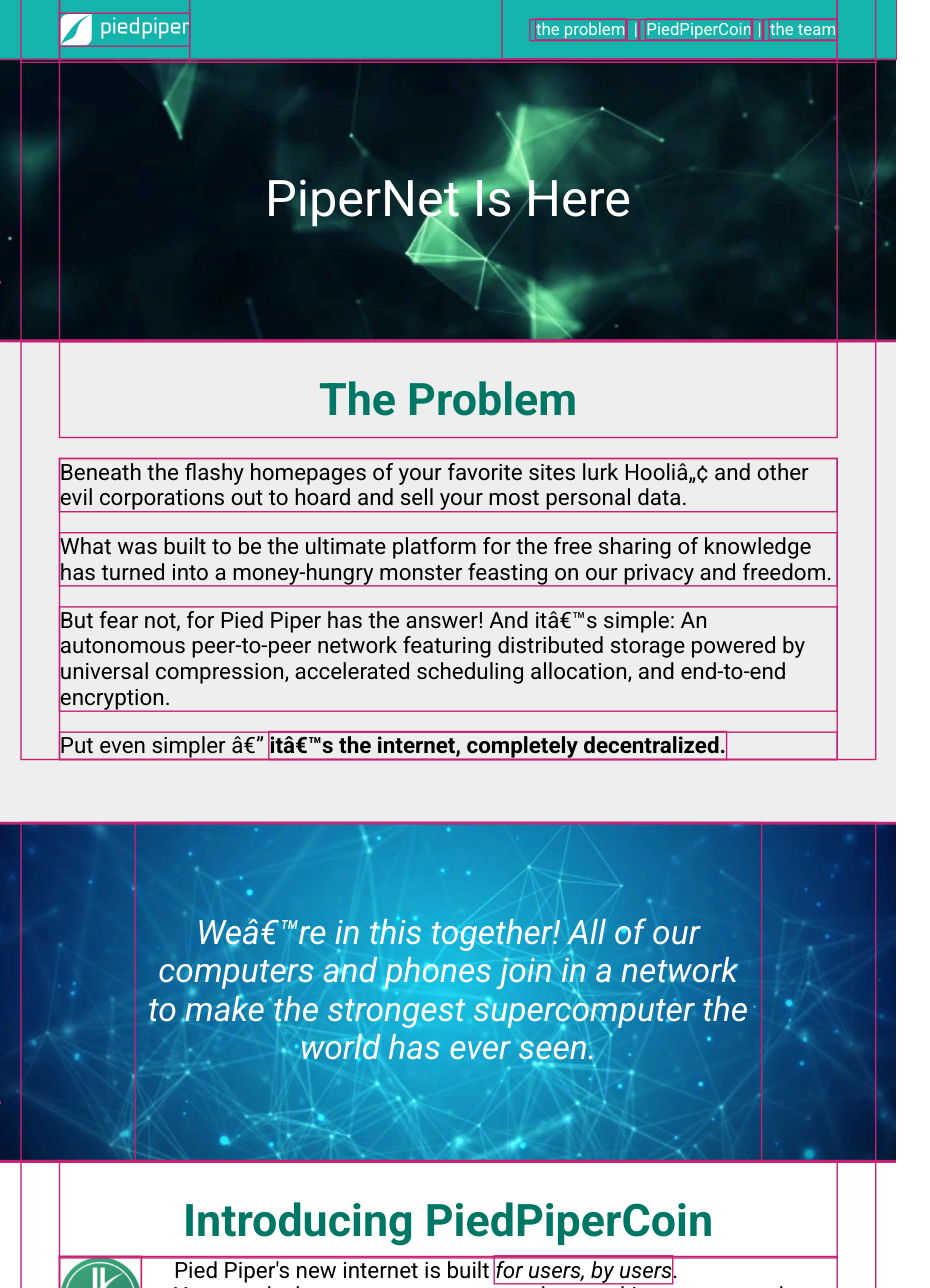
Repository: armus503/Pip_Piper
Page: Pip_Piper.html
The author's editor kept a copy of each file at every save. The page is drawn from the files as they stood at one save, then again after the next save.
The browser window is 1280 px wide. The page is 1280 px wide, then 1329 px, then 1280 px, so the pictures cover 1329 px, including what lies to the right of the window. The pictures show the part of the page from y = 0 to 1840 px (the page is 3271 px tall before and 3197 px after), at 70% of full size.

Above is the page before, as saved 2021-07-21 01:15:21.

After the next save:
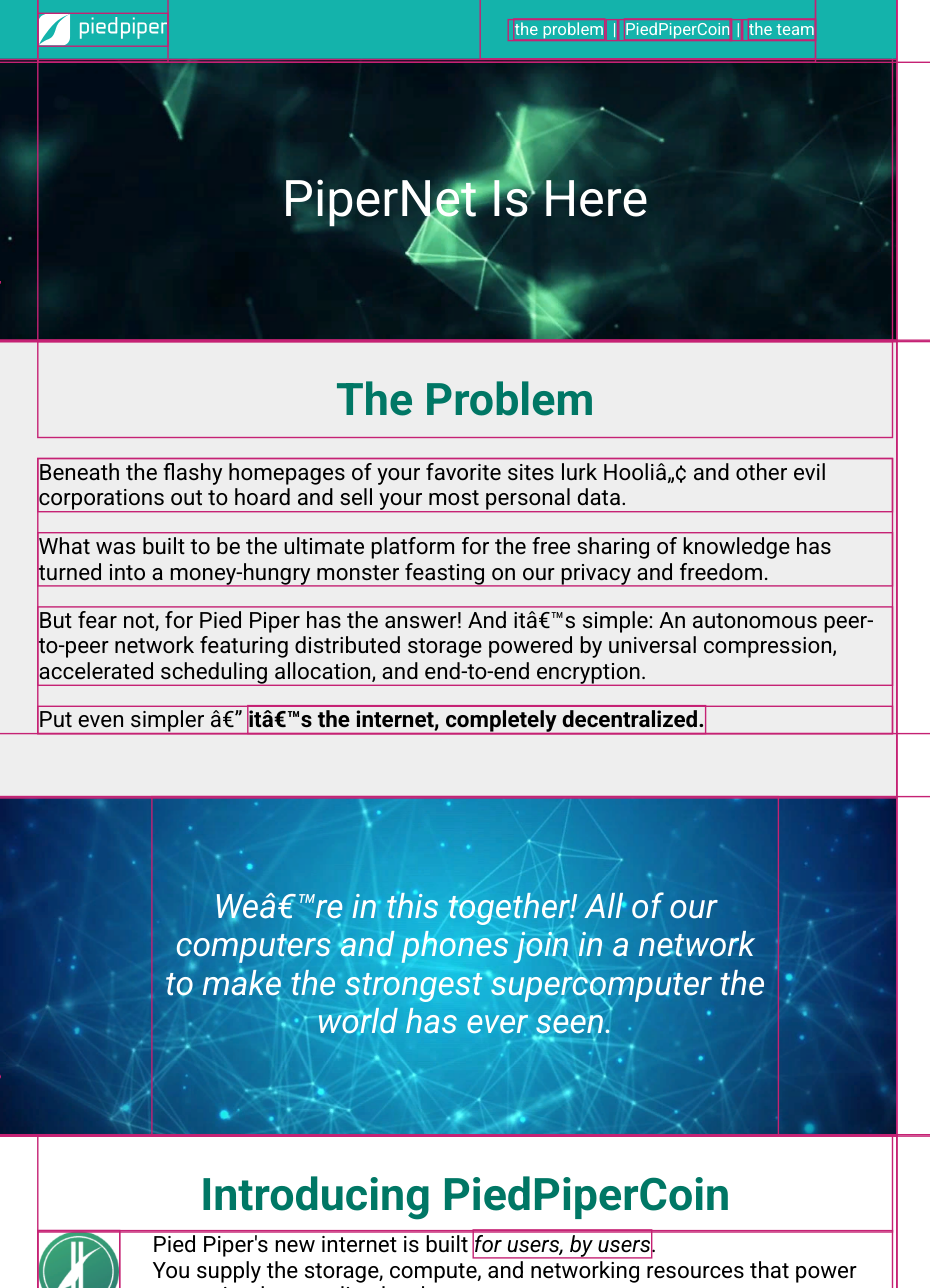
Saved 92 s later.
--- a/Pip_Piper.css
+++ b/Pip_Piper.css
@@ -423,7 +423,6 @@
 
 html {
     width: 100vw;
-    margin: ;
 }
 
 .body {
@@ -454,7 +453,6 @@
     background-size: cover;
     background-position: center center;
     margin: auto;
-    box-sizing: border-box;
 }
 
 .anchor {

After the save that followed:
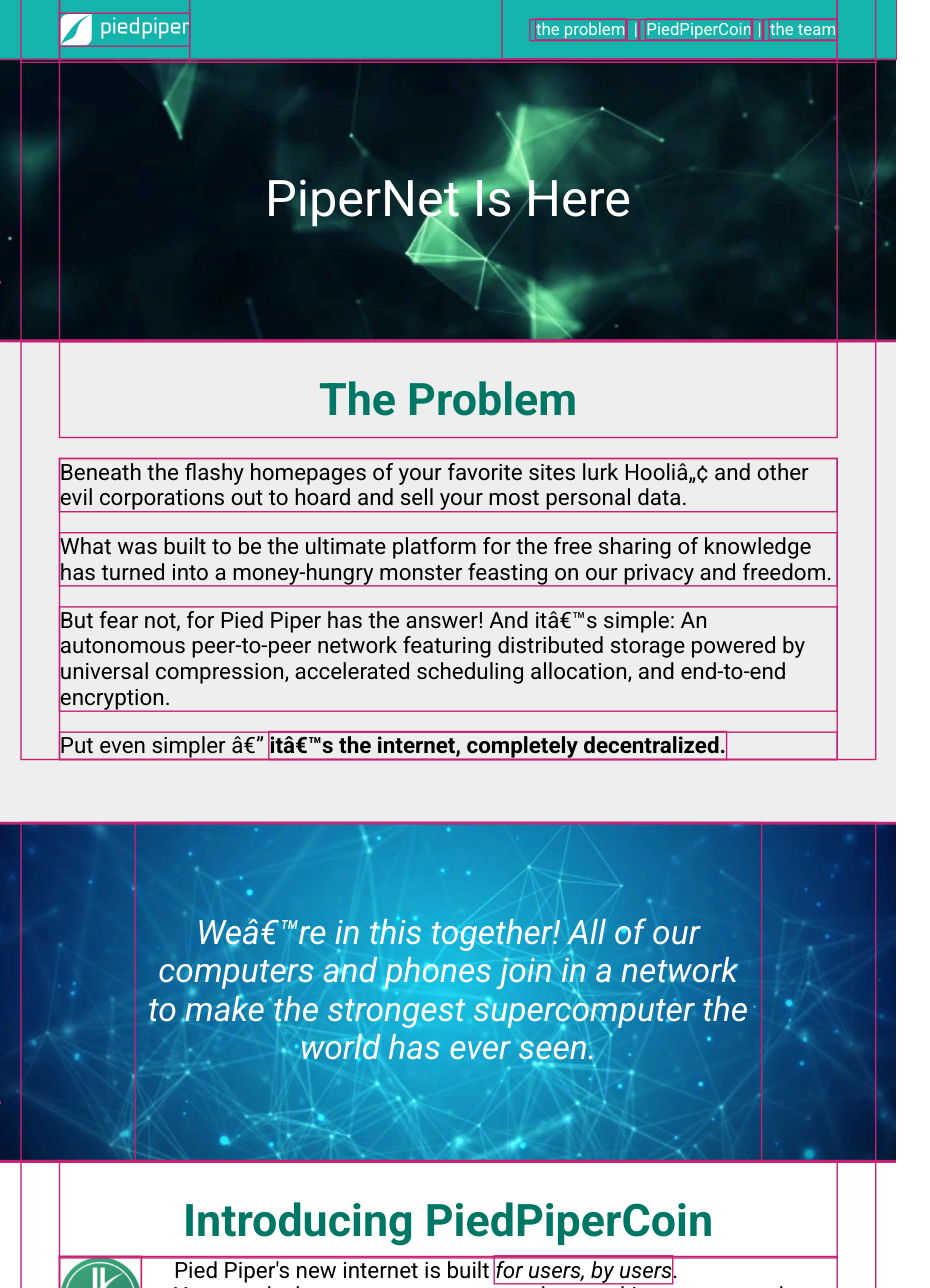
Saved 17 s later.
--- a/Pip_Piper.css
+++ b/Pip_Piper.css
@@ -453,6 +453,7 @@
     background-size: cover;
     background-position: center center;
     margin: auto;
+    box-sizing: border-box;
 }
 
 .anchor {
